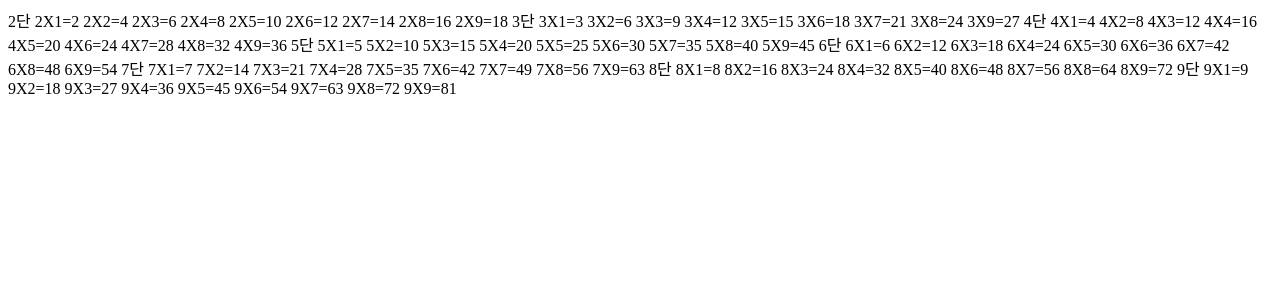
Repository: sieoh/2024html-
Page: http://localhost/jspweb_07/HW_07_이시연.jsp
The author's editor kept a copy of each file at every save. The page is drawn from the files as they stood at one save, then again after a run of saves.
The browser window is 1280 px wide. The pictures show the whole page.
The page is served by Tomcat 9.

Above is the page before, as saved 2024-01-11 02:34:05.

After the next 4 saves:
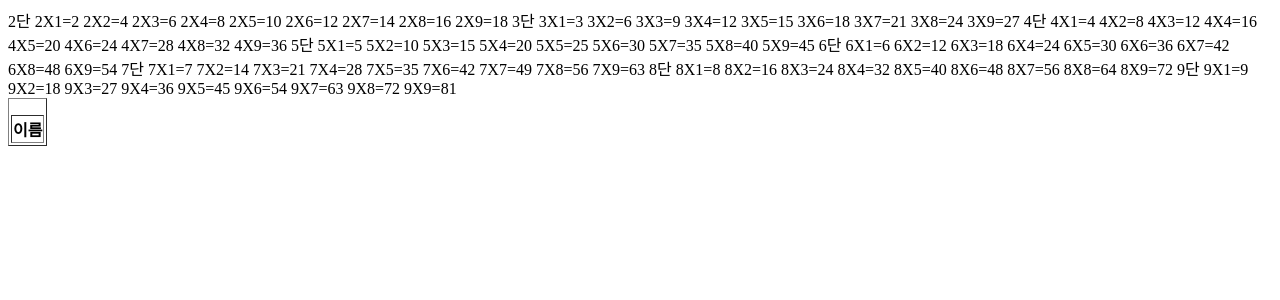
The 4 saves are shown as one change because 3 did not build or start.
The last was saved 5 min 37 s later.
--- a/workspace_sts/jspweb_07/src/main/webapp/HW_07_이시연.jsp
+++ b/workspace_sts/jspweb_07/src/main/webapp/HW_07_이시연.jsp
@@ -8,12 +8,17 @@
 </head>
 <body>
 	<%
+    	out.println("<table border='1'>");
+
 		for(int i=2;i<10;i++) {
+			out.println("<tr>");
 			out.println(i+"단");
 			for(int j=1;j<10;j++) {
 				out.println(i+"X"+j+"="+j*i);
 			}
 		}
+	    out.println("<th>이름</th>");
+	    out.println("</tr>");
 	%>
 	<table>
 		<tr>
